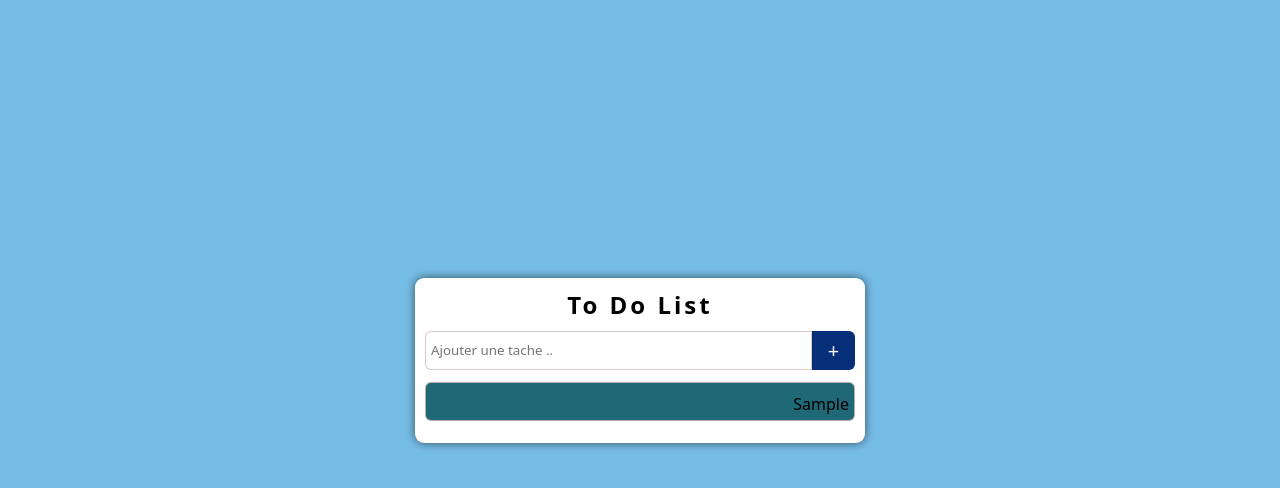
Repository: beva3/javaScrypt
Page: to-do-liste/index.html
The author's editor kept a copy of each file at every save. The page is drawn from the files as they stood at one save, then again after a run of saves.
The browser window is 1280 px wide. The pictures show the whole page.
Empty fields were first filled with sample values (such as "Sample", 5 or name@example.com).
After loading, the first visible `#addTodo` was clicked once.

Above is the page before, as saved 2024-05-08 21:25:48.

After the next 3 saves:
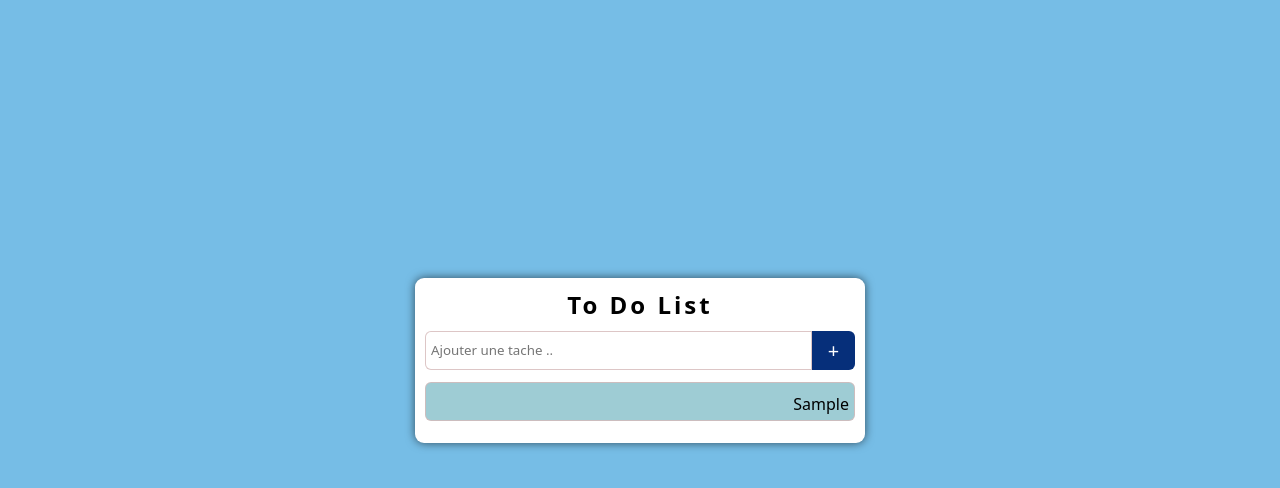
The 3 saves are shown as one change because they came seconds apart.
The last was saved 9 s later.
--- a/to-do-liste/style.css
+++ b/to-do-liste/style.css
@@ -52,7 +52,7 @@ h1{
     padding: 10px 5px;
     height: 39px;
     border: 1px solid rgba(214, 186, 186, 0.822);
-    background-color: rgb(31, 104, 117);
+    background-color: rgba(27, 136, 155, 0.425);
     border-radius: 6px;
     margin: 12px 0;
     text-align: right;
